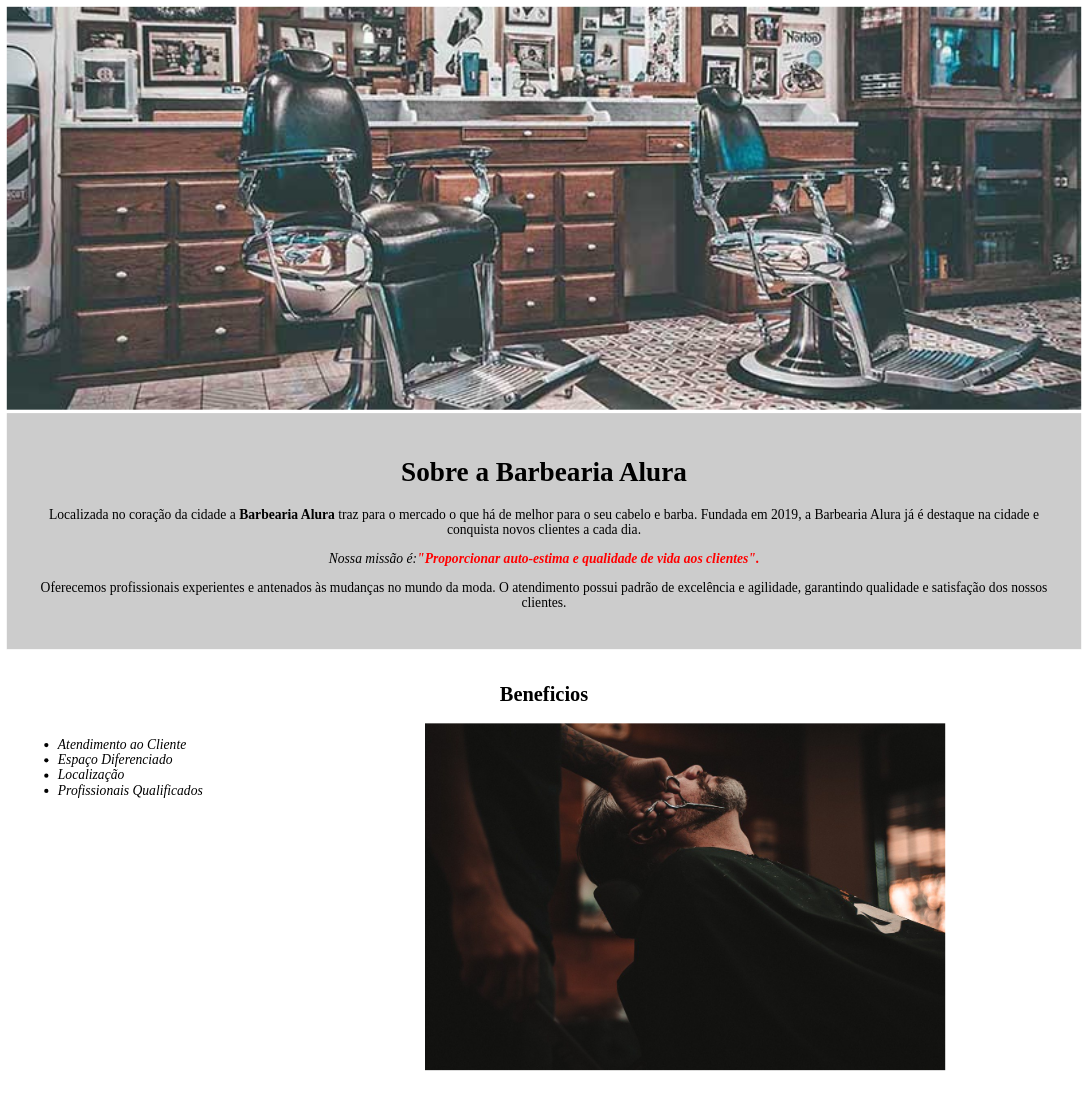
Repository: AnaBerlanda/AulaAlura
Page: index.html
An editor plug-in stored every save of this project. The page is shown before and after the next save, followed by the edit.
The browser window is 1280 px wide. The pictures show the whole page, at 85% of full size.

Above is the page before, as saved 2022-04-08 15:11:18.

### index.html
<!DOCTYPE html>
<html lang="pt-br">

<head>
    <meta charset="utf-8" />
    <title>Barbearia Alura</title>
    <link type="text/css" rel="stylesheet" href="index.css">
</head>
<body>
    <img id="banner" src="imagem/banner.jpg">
    <div class="principal">

        <h1>Sobre a Barbearia Alura</h1>
        <p>Localizada no coração da cidade a <strong> Barbearia Alura</strong> traz para o mercado o que há de melhor para o seu cabelo e barba.
        Fundada em 2019, a Barbearia Alura já é destaque na cidade e conquista novos clientes a cada dia.</p>
        <p><em>Nossa missão é:<strong>"Proporcionar auto-estima e qualidade de vida aos clientes".</strong></em></p>
        <p>Oferecemos profissionais experientes e antenados às mudanças no mundo da moda.
        O atendimento possui padrão de excelência e agilidade, garantindo qualidade e satisfação dos nossos clientes.</p>
    </div>
    <div class="beneficios">
        <h2>Beneficios</h2>

        <ul>
            <li class="itens">Atendimento ao Cliente</li>
            <li class="itens">Espaço Diferenciado</li>
            <li class="itens">Localização</li>
            <li class="itens">Profissionais Qualificados</li>
        </ul>

        <img src="imagem/beneficios.jpg" class="imgbeneficios">
    </div>













</body>

### index.css
p{
    text-align: center;
}
em strong{
    color: red;
}
h1{
    text-align: center;
}
#banner{
    width: 100%;
}
.principal{
    background-color:#CCCCCC;
    padding: 30px;


}
.itens{
    font-style: italic;
}
.beneficios{
    background-color:#FFFFFF;
    padding: 20px;

}
h2{
    text-align: center;
}
ul{
    display: inline-block;
    vertical-align: top;
    width: 20%;
    margin-right: 15% ;
}
.imgbeneficios{
    width: 50%;
}

After the next save:
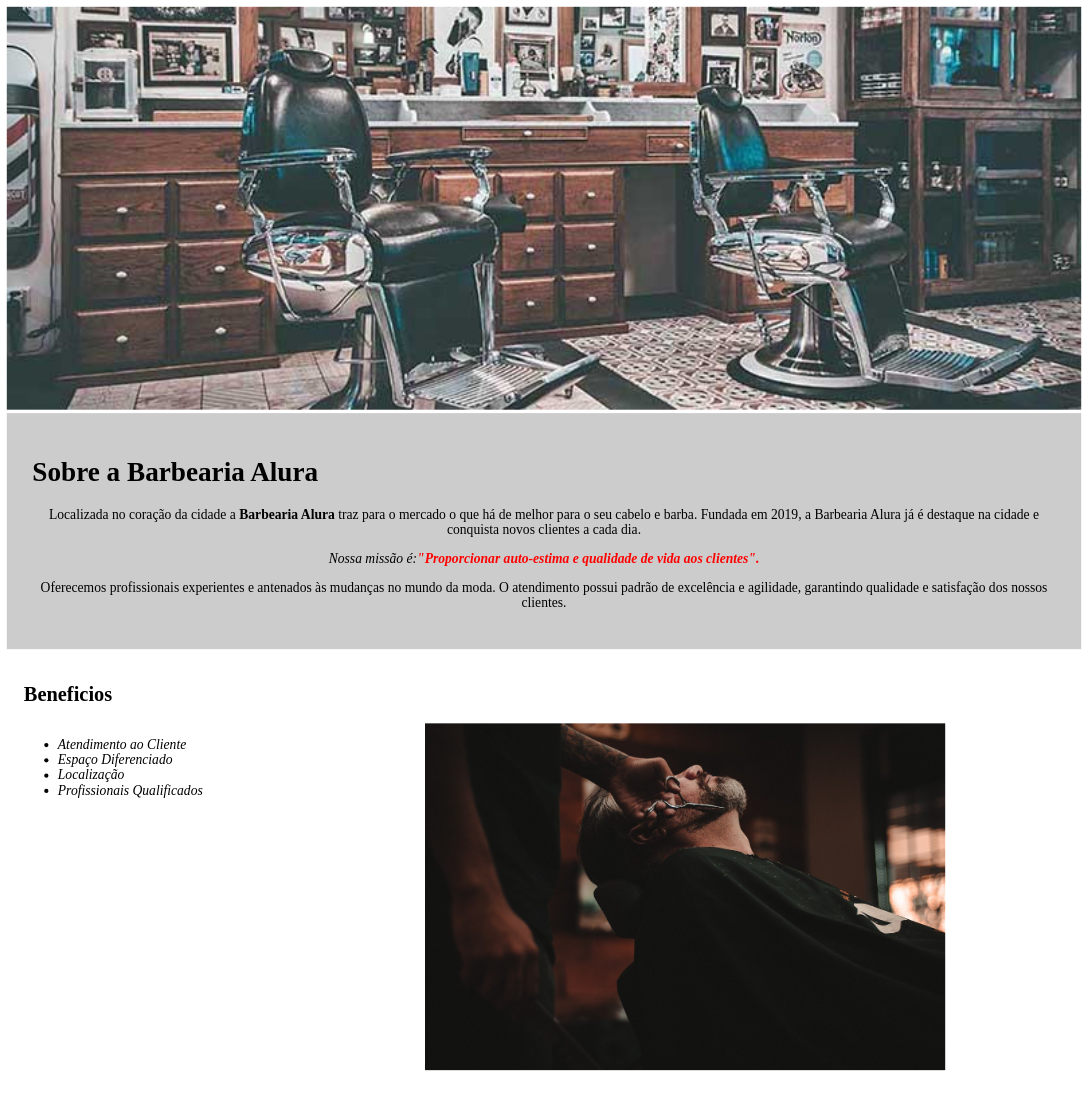
Saved 31 min 16 s later.
--- a/index.css
+++ b/index.css
@@ -4,7 +4,8 @@ p{
 em strong{
     color: red;
 }
-h1{
+.titulo-centralizado{
+
     text-align: center;
 }
 #banner{
@@ -24,9 +25,6 @@ h1{
     padding: 20px;
 
 }
-h2{
-    text-align: center;
-}
 ul{
     display: inline-block;
     vertical-align: top;
